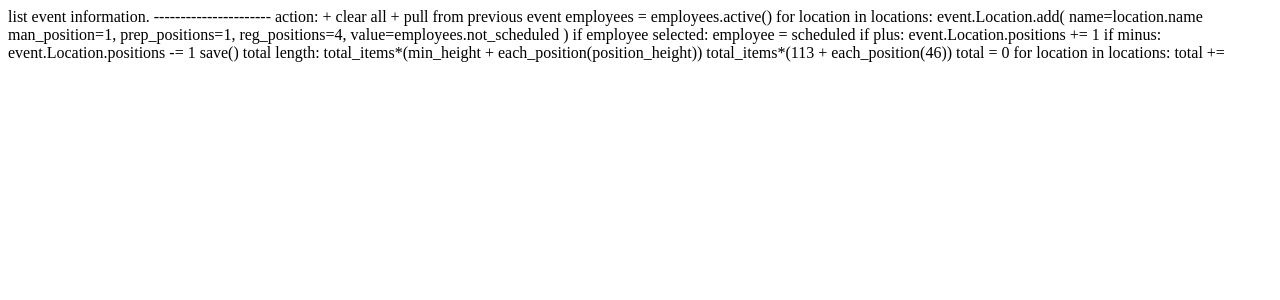
Repository: matthewrr/Employee-Scheduling-App
Page: outline.html
The author's editor kept a record of every edit. The page is drawn from the files as they stood at one moment, then again after the next edit.
The browser window is 1280 px wide. The pictures show the whole page.

Above is the page before.

### outline.html
list event information.
----------------------
action:
    + clear all
    + pull from previous event

employees = employees.active()

for location in locations:
    event.Location.add(
        name=location.name
        man_position=1,
        prep_positions=1,
        reg_positions=4,
        value=employees.not_scheduled
        )

if employee selected:
    employee = scheduled
if plus:
    event.Location.positions += 1
if minus:
    event.Location.positions -= 1

save()

total length:
    total_items*(min_height + each_position(position_height))

    total_items*(113 + each_position(46))

total = 0
for location in locations:
    total +=

After the next edit:
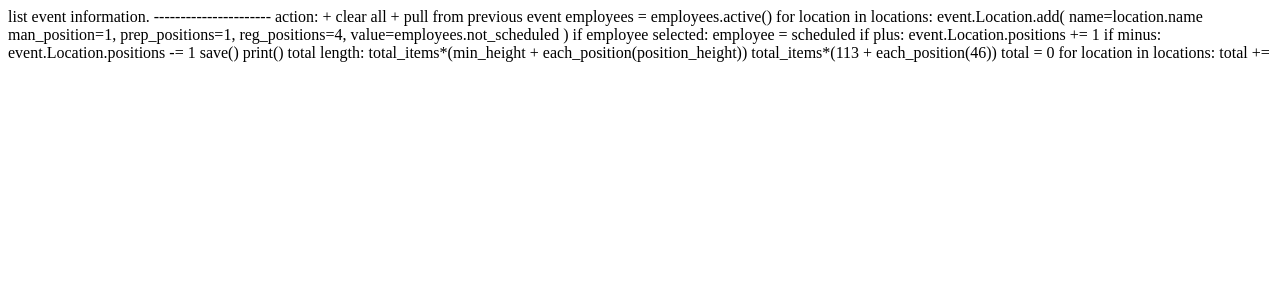
The edit:
--- a/outline.html
+++ b/outline.html
@@ -23,6 +23,7 @@
     event.Location.positions -= 1
 
 save()
+print()
 
 total length:
     total_items*(min_height + each_position(position_height))
